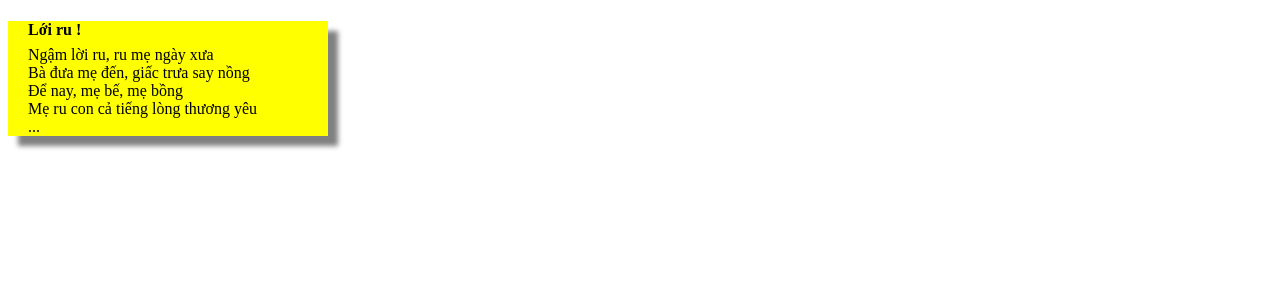
Repository: Tan-Khang21/TH_TKW--Buoi_07
Page: Bai_Tap_Mau/Bai_03/Shadow2.html
The author's editor kept a copy of each file at every save. The page is drawn from the files as they stood at one save, then again after the next save.
The browser window is 1280 px wide. The pictures show the whole page.

Above is the page before, as saved 2024-03-12 15:47:45.

### Bai_Tap_Mau/Bai_03/Shadow2.html
<!DOCTYPE html>
<html lang="en">
  <head>
    <meta charset="UTF-8" />
    <meta name="viewport" content="width=device-width, initial-scale=1.0" />
    <title>Document</title>
  </head>
  <body>
    <style>
      .box {
        background-color: yellow;
        box-shadow: 10px 10px 5px grey;
        width: 300px;
        padding-top: 0px;
        padding-left: 20px;
      }
    </style>
    <div class="box">
      <h4>Lới ru !</h4>
      <p style="margin-top: -15px">
        Ngậm lời ru, ru mẹ ngày xưa <br />
        Bà đưa mẹ đến, giấc trưa say nồng <br />
        Để nay, mẹ bế, mẹ bồng <br />
        Mẹ ru con cả tiếng lòng thương yêu <br />...
      </p>
    </div>
  </body>
</html>

After the next save:
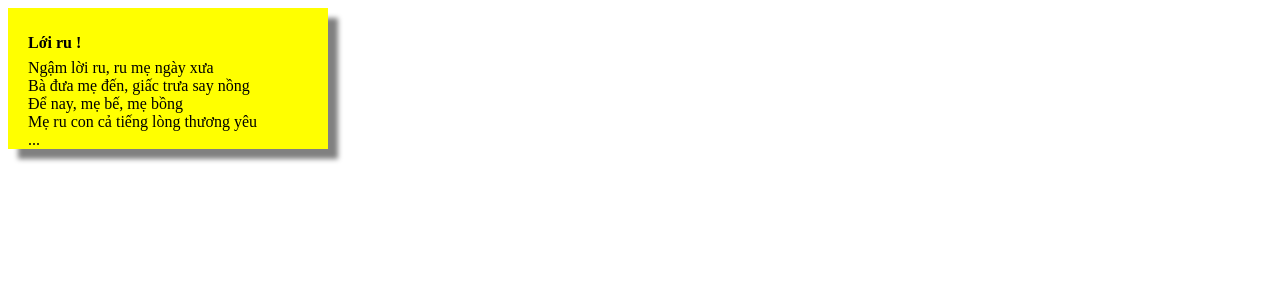
Saved 11 s later.
--- a/Bai_Tap_Mau/Bai_03/Shadow2.html
+++ b/Bai_Tap_Mau/Bai_03/Shadow2.html
@@ -11,7 +11,7 @@
         background-color: yellow;
         box-shadow: 10px 10px 5px grey;
         width: 300px;
-        padding-top: 0px;
+        padding-top: 5px;
         padding-left: 20px;
       }
     </style>
